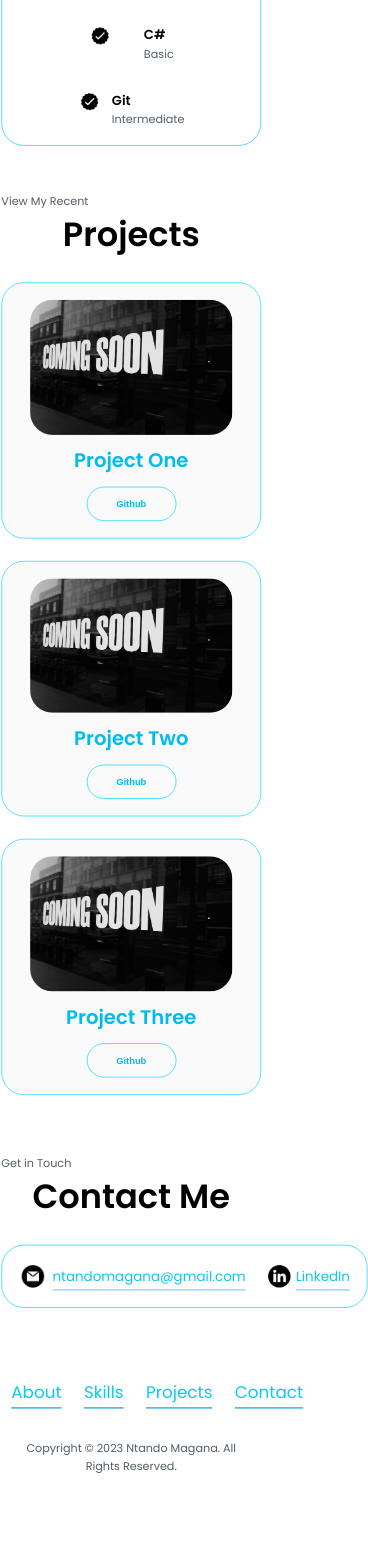
Repository: ntandomagana/FS-Dev-Portfolio
Page: index.html
These files come from the project's save history. The page is drawn as it stood at one moment and after a run of saves; the edit follows.
The browser window is 375 px wide. The page is 525 px wide, so the pictures cover 525 px, including what lies to the right of the window. The pictures show the part of the page from y = 2446 to 4686 px (the page is 4686 px tall), at 70% of full size.

Above is the page before, as saved 2024-05-06 11:22:50.

### index.html
<!DOCTYPE html>
<html lang="en">
  <head>
    <meta charset="UTF-8" />
    <meta http-equiv="X-UA-Compatible" content="IE=edge" />
    <meta name="viewport" content="width=device-width, initial-scale=1.0" />
    <title>My Portfolio</title>
    <link rel="stylesheet" href="style.css" />
    <link rel="stylesheet" href="mediaqueries.css" />
  </head>
  <body>
    <nav id="desktop-nav">
      <div class="logo">Berry Codes</div>
      <div>
        <ul class="nav-links">
          <li><a href="#about">About</a></li>
          <li><a href="#experience">Skills</a></li>
          <li><a href="#projects">Projects</a></li>
          <li><a href="#contact">Contact</a></li>
        </ul>
      </div>
    </nav>
    <nav id="hamburger-nav">
      <div class="logo">Coding Berry</div>
      <div class="hamburger-menu">
        <div class="hamburger-icon" onclick="toggleMenu()">
          <span></span>
          <span></span>
          <span></span>
        </div>
        <div class="menu-links">
          <li><a href="#about" onclick="toggleMenu()">About</a></li>
          <li><a href="#experience" onclick="toggleMenu()">Skills</a></li>
          <li><a href="#projects" onclick="toggleMenu()">Projects</a></li>
          <li><a href="#contact" onclick="toggleMenu()">Contact</a></li>
        </div>
      </div>
    </nav>
    <section id="profile">
      <div class="section-pic-container">
        <img src="./assets/bwpp.jpg" alt="profile picture" />
      </div>
      <div class="section-text">
        <p class="section-text-p1">Hello there, I am</p>

        <h1 class="title"><span id="typed-text"></span></h1>

        <p class="section-text-p2">Frontend Developer</p>
        <div class="btn-container">
          <button
            class="btn btn-color-2"
            onclick="window.open('./assets/NP Magana - Web Developer.pdf')"
          >
            Download CV
          </button>
          <button class="btn btn-color-1" onclick="location.href='./#contact'">
            Contact Info
          </button>
        </div>
        <div id="socials-container">
          <img
            src="./assets/linkedin.png"
            alt="My LinkedIn profile"
            class="icon"
            onclick="location.href='https://www.linkedin.com/in/ntandoyenkosi-magana-/'"
          />

          <img
            src="./assets/icons8-twitterx-50.png"
            alt="My Github profile"
            class="icon"
            onclick="location.href='https://twitter.com/Sir_M_Charles'"
          />
          <img
            src="./assets/github.png"
            alt="My Github profile"
            class="icon"
            onclick="location.href='https://github.com/ntandomagana'"
          />
        </div>
      </div>
    </section>
    <section id="about">
      <p class="section__text__p1">Get To Know More</p>
      <h1 class="title">About Me</h1>
      <div class="section-container">
        <div class="about-details-container">
          <div class="about-containers">
            <div class="details-container">
              <img
                src="./assets/experience.png"
                alt="Experience icon"
                class="icon"
              />
              <h3>Experience</h3>
              <p>6 months <br />Frontend Development</p>
            </div>
            <div class="details-container">
              <img
                src="./assets/education.png"
                alt="Education icon"
                class="icon"
              />
              <h3>Education</h3>
              <p>BA(Hons) Public Management <br />University of Johannesburg</p>
            </div>
          </div>
          <div class="text-container">
            <p>
              I am a self-taught developer passionate about crafting captivating
              user experiences. I've acquired skills in HTML5, CSS3, JavaScript,
              ReactJs Python, C#, Node.js and Typescript through online
              resources such as FreecodeCamp, Udemy, udacity. If you're looking
              for a developer who blends creativity with technical proficiency,
              let’s connect and explore how we can collaborate on your next
              project!
            </p>
          </div>
        </div>
      </div>
      <img
        src="./assets/arrow.png"
        alt="Arrow icon"
        class="icon arrow"
        onclick="location.href='./#experience'"
      />
    </section>
    <section id="experience">
      <p class="section__text__p1">Explore My</p>
      <h1 class="title">Experience</h1>
      <div class="experience-details-container">
        <div class="about-containers">
          <div class="details-container">
            <h2 class="experience-sub-title">Frontend Development</h2>
            <div class="article-container">
              <article>
                <img
                  src="./assets/checkmark.png"
                  alt="Experience icon"
                  class="icon"
                />
                <div>
                  <h3>JavaScript</h3>
                  <p>Experienced</p>
                </div>
              </article>
              <article>
                <img
                  src="./assets/checkmark.png"
                  alt="Experience icon"
                  class="icon"
                />
                <div>
                  <h3>CSS</h3>
                  <p>Experienced</p>
                </div>
              </article>
              <article>
                <img
                  src="./assets/checkmark.png"
                  alt="Experience icon"
                  class="icon"
                />
                <div>
                  <h3>TypeScript</h3>
                  <p>Intermediate</p>
                </div>
              </article>
              <article>
                <img
                  src="./assets/checkmark.png"
                  alt="Experience icon"
                  class="icon"
                />
                <div>
                  <h3>React</h3>
                  <p>Basic</p>
                </div>
              </article>
              <article></article>
            </div>
          </div>
          <div class="details-container">
            <h2 class="experience-sub-title">Backend Development</h2>
            <div class="article-container">
              <article>
                <img
                  src="./assets/checkmark.png"
                  alt="Experience icon"
                  class="icon"
                />
                <div>
                  <h3>Python</h3>
                  <p>Intermediate</p>
                </div>
              </article>
              <article>
                <img
                  src="./assets/checkmark.png"
                  alt="Experience icon"
                  class="icon"
                />
                <div>
                  <h3>Node JS</h3>
                  <p>Basic</p>
                </div>
              </article>
              <article>
                <img
                  src="./assets/checkmark.png"
                  alt="Experience icon"
                  class="icon"
                />
                <div>
                  <h3>C#</h3>
                  <p>Basic</p>
                </div>
              </article>
              <article>
                <img
                  src="./assets/checkmark.png"
                  alt="Experience icon"
                  class="icon"
                />
                <div>
                  <h3>Git</h3>
                  <p>Intermediate</p>
                </div>
              </article>
            </div>
          </div>
        </div>
      </div>
      <img
        src="./assets/arrow.png"
        alt="Arrow icon"
        class="icon arrow"
        onclick="location.href='./#projects'"
      />
    </section>
    <section id="projects">
      <p class="section__text__p1">View My Recent</p>
      <h1 class="title">Projects</h1>
      <div class="experience-details-container">
        <div class="about-containers">
          <div class="details-container color-container">
            <div class="article-container">
              <img
                src="./assets/coming soon.jpg"
                alt="Project 1"
                class="project-img"
              />
            </div>
            <h2 class="experience-sub-title project-title">Project One</h2>
            <div class="btn-container">
              <button
                class="btn btn-color-2 project-btn"
                onclick="location.href='https://github.com/'"
              >
                Github
              </button>
            </div>
          </div>
          <div class="details-container color-container">
            <div class="article-container">
              <img
                src="./assets/coming soon.jpg"
                alt="Project 2"
                class="project-img"
              />
            </div>
            <h2 class="experience-sub-title project-title">Project Two</h2>
            <div class="btn-container">
              <button
                class="btn btn-color-2 project-btn"
                onclick="location.href='https://github.com/'"
              >
                Github
              </button>
            </div>
          </div>
          <div class="details-container color-container">
            <div class="article-container">
              <img
                src="./assets/coming soon.jpg"
                alt="Project 3"
                class="project-img"
              />
            </div>
            <h2 class="experience-sub-title project-title">Project Three</h2>
            <div class="btn-container">
              <button
                class="btn btn-color-2 project-btn"
                onclick="location.href='https://github.com/'"
              >
                Github
              </button>
            </div>
          </div>
        </div>
      </div>
      <img
        src="./assets/arrow.png"
        alt="Arrow icon"
        class="icon arrow"
        onclick="location.href='./#contact'"
      />
    </section>
    <section id="contact">
      <p class="section__text__p1">Get in Touch</p>
      <h1 class="title">Contact Me</h1>
      <div class="contact-info-upper-container">
        <div class="contact-info-container">
          <img
            src="./assets/email.png"
            alt="Email icon"
            class="icon contact-icon email-icon"
          />
          <p>
            <a href="mailto:ntandomagana@gmail.com">ntandomagana@gmail.com</a>
          </p>
        </div>
        <div class="contact-info-container">
          <img
            src="./assets/linkedin.png"
            alt="LinkedIn icon"
            class="icon contact-icon"
          />
          <p><a href="https://www.linkedin.com">LinkedIn</a></p>
        </div>
      </div>
    </section>
    <footer>
      <nav>
        <div class="nav-links-container">
          <ul class="nav-links">
            <li><a href="#about">About</a></li>
            <li><a href="#experience">Skills</a></li>
            <li><a href="#projects">Projects</a></li>
            <li><a href="#contact">Contact</a></li>
          </ul>
        </div>
      </nav>
      <p>Copyright &#169; 2023 Ntando Magana. All Rights Reserved.</p>
    </footer>
    <script src="script.js"></script>
  </body>
</html>

### style.css
@import url("https://fonts.googleapis.com/css2?family=Poppins:wght@300;400;500;600&display=swap");

* {
  margin: 0;
  padding: 0;
}

body {
  font-family: "Poppins", sans-serif;
}

html {
  scroll-behavior: smooth;
}

p {
  color: #515d65;
}

section {
  margin-bottom: 2px;
}

a,
.btn {
  transition: all 300ms ease;
}

nav,
.nav-links {
  display: flex;
}

nav {
  justify-content: space-around;
  align-items: center;
  height: 17vh;
}

.nav-links {
  gap: 2rem;
  list-style-type: none;
  font-size: 1.5rem;
}

a {
  color: rgb(11, 202, 240);
  text-decoration: underline;
  text-underline-offset: 0.8rem;
  text-decoration-color: rgb(51, 169, 237);
}

.logo {
  font-size: 2rem;
}

.logo:hover {
  cursor: default;
}

#hamburger-nav {
  display: none;
}

.hamburger-menu {
  position: relative;
  display: inline-block;
}

.hamburger-icon {
  display: flex;
  flex-direction: column;
  justify-content: space-between;
  height: 24px;
  width: 30px;
  cursor: pointer;
}



.hamburger-icon span {
  width: 100%;
  height: 2px;
  background-color: rgb(9, 255, 255);
  transition: all 0.3 ease-in-out;
}

.menu-links {
  position: absolute;
  top: 100%;
  right: 0;
  background-color: white;
  width: fit-content;
  max-height: 0;
  overflow: hidden;
  transition: all 0.3 ease-in-out;
}

.menu-links a {
  display: block;
  padding: 10px;
  text-align: center;
  font-size: 1.5rem;
  color: rgb(15, 224, 231);
  text-decoration: none;
  transition: all 0.3 ease-in-out;
}

.menu-links li {
  list-style-type: none;
}

.menu-links.open {
  max-height: 300px;
}

.hamburger-icon.open span:first-child {
  transform: rotate(45deg) translate(10px, 5px);
}

.hamburger-icon.open span:nth-child(2) {
  opacity: 0;
}

.hamburger-icon.open span:last-child {
  transform: rotate(-45deg) translate(10px, -5px);
}

.hamburger-icon span:first-child {
  transform: none;
}

.hamburger-icon span:first-child {
  opacity: 1;
}

.hamburger-icon span:first-child {
  transform: none;
}

section {
  padding-top: 4vh;
  height: 96vh;
  margin: 0 10rem;
  box-sizing: border-box;
  min-height: fit-content;
}

.section-container {
  display: flex;
}

#profile {
  display: flex;
  justify-content: center;
  gap: 5rem;
  height: 80vh;
}

.section-pic-container {
  display: flex;
  height: 400px;
  width: 400px;
  margin: auto 0;
}

.section-text {
  align-self: center;
  text-align: center;
}

.section-text p {
  font-weight: 600;
}

.section-text-p1 {
  text-align: center;
}

.section-text-p2 {
  font-size: 1.75rem;
  margin-bottom: 1rem;
}

.title {
  font-size: 3rem;
  text-align: center;
}

#socials-container {
  display: flex;
  justify-content: center;
  margin-top: 1rem;
  gap: 1rem;
}

.icon {
  cursor: pointer;
  height: 2rem;
}

/* BUTTONS */

.btn-container {
  display: flex;
  justify-content: center;
  gap: 1rem;
}

.btn {
  font-weight: 600;
  transition: all 300ms ease;
  padding: 1rem;
  width: 8rem;
  border-radius: 2rem;
}

.btn-color-1,
.btn-color-2 {
  border: rgb(43, 182, 241) 0.1rem solid;
}

.btn-color-1:hover,
.btn-color-2:hover {
  cursor: pointer;
}

.btn-color-1,
.btn-color-2:hover {
  background: rgb(11, 214, 255);
  color: white;
}

.btn-color-1:hover {
  background: rgb(83, 215, 232);
}

.btn-color-2 {
  background: none;
}

.btn-color-2:hover {
  border: rgb(26, 210, 243) 0.2rem solid;
}

.btn-container {
  gap: 1rem;
}

/* ABOUT SECTION */

#about {
  position: relative;
}

.about-containers {
  gap: 2rem;
  margin-bottom: 2rem;
  margin-top: 2rem;
}

.about-details-container {
  justify-content: center;
  flex-direction: column;
}

.about-containers,
.about-details-container {
  display: flex;
}

.arrow {
  position: absolute;
  right: -5rem;
  bottom: 2.5rem;
}

.details-container {
  padding: 1.5rem;
  flex: 1;
  background: white;
  border-radius: 2rem;
  border: rgb(34, 174, 239) 0.1rem solid;
  border-color: rgb(28, 197, 249);
  text-align: center;
}

.section-container {
  gap: 4rem;
  height: 80%;
}

.section__pic-container {
  height: 400px;
  width: 400px;
  margin: auto 0;
}

/* EXPERIENCE SECTION */

#experience {
  position: relative;
}

.experience-sub-title {
  color: rgb(48, 210, 246);
  font-weight: 600;
  font-size: 1.75rem;
  margin-bottom: 2rem;
}

.experience-details-container {
  display: flex;
  justify-content: center;
  flex-direction: column;
}

.article-container {
  display: flex;
  text-align: initial;
  flex-wrap: wrap;
  flex-direction: row;
  gap: 2.5rem;
  justify-content: space-around;
}

article {
  display: flex;
  width: 10rem;
  justify-content: space-around;
  gap: 0.5rem;
}

article .icon {
  cursor: default;
}

/* PROJECTS SECTION */

#projects {
  position: relative;
}

.color-container {
  border-color: rgb(21, 220, 255);
  background: rgb(250, 250, 250);
}

.project-img {
  border-radius: 2rem;
  width: 90%;
  height: 90%;
}

.project-title {
  margin: 1rem;
  color: #00bbf0;
}

.project-btn {
  color: #00bbf0;
  border-color: rgb(18, 217, 252);
}

/* CONTACT */

#contact {
  display: flex;
  justify-content: center;
  flex-direction: column;
  height: 70vh;
}

.contact-info-upper-container {
  display: flex;
  justify-content: center;
  border-radius: 2rem;
  border: rgb(16, 220, 242) 0.1rem solid;
  border-color: rgb(19, 211, 250);
  background: (250, 250, 250);
  margin: 2rem auto;
  padding: 0.5rem;
}

.contact-info-container {
  display: flex;
  align-items: center;
  justify-content: center;
  gap: 0.5rem;
  margin: 1rem;
}

.contact-info-container p {
  font-size: larger;
}

.contact-icon {
  cursor: default;
}

.email-icon {
  height: 2.5rem;
}

footer {
  height: 26vh;
  margin: 0 1rem;
}

footer p {
  text-align: center;
}

/* Add this CSS to your existing style.css or create a new style tag in the head of your HTML */

/* Bold, underline, and bubble effect for the logo */
.logo {
  font-weight: bold;
  text-decoration: wavy;
  display: inline-block;
  position: relative;
  border: 8px solid #1ea5ff; /* Adjust the border thickness and color as needed */
  padding: 6px; /* Adjust the padding as needed */
}

.logo::after {
  content: "";
  position: absolute;
  width: 100%;
  height: 0;
  bottom: 0;
  left: 0;
  opacity: 0;
  border-bottom: 2px solid #fff;
  animation: bubble 0.5s infinite ease-in-out;
}

@keyframes bubble {
  0% {
    height: 0;
    opacity: 0;
  }
  50% {
    height: 100%;
    opacity: 1;
  }
  100% {
    height: 0;
    opacity: 0;
  }
}

### mediaqueries.css
@media screen and (max-width: 1400px) {
    #profile {
        height: 83vh;
        margin-bottom: 6rem;
    }

    .about-containers {
        flex-wrap: wrap;
    }

    #contact,
    #projects {
        height: fit-content;
    }
}

@media screen and (max-width: 1200px) {
    #desktop-nav {
        display: none;
    }

    #hamburger-nav {
        display: flex;
    }

    #experience,
    .experience-details-container {
        margin-top: 2rem;

    }

    #profile,
    .section-container {
        display: block;
    }

    .arrow {
        display: none;
    }

    section,
    .section-container {
        height: fit-content;
    }

    section {
        margin: 0.5%;
    }

    .section-pic-container {
        width: 27spx;
        height: 275px;
        margin: 0 auto 2rem;
    }

    .about-containers {
        margin-top: 0;
    }
}

@media screen and (max-width:600px) {
    #contact,
    footer {
        height: 40vh;
    }

    #profile {
        height: 38vh;
        margin-bottom: 0;
    }

    article {
        font-size: 1rem;
    }

    footer nav {

    }
}

### script.js
function toggleMenu() {
  const menu = document.querySelector(".menu-links");
  const icon = document.querySelector(".hamburger-icon");
  menu.classList.toggle("open");
  icon.classList.toggle("open");
}

//Javascript for looped typing effect
const typedText = document.getElementById("typed-text");
const textToType = 'Ntando Magana';

function typeText() {
  let index = 0;

  function type() {
    if (index < textToType.length) {
      typedText.innerHTML += textToType.charAt(index);
      index++;
      setTimeout(type, 200); // typing speed in milliseconds
    } else {
      setTimeout(erase, 300); // wait before erasing
    }
  }

  function erase() {
    if (typedText.innerHTML.length > 0) {
      typedText.innerHTML = typedText.innerHTML.slice(0, -1);
      setTimeout(erase, 300); //erasing speed in ms
    } else {
      index = 0; //Reset index for next typing cycle
      setTimeout(type, 200); // wait before typing again
    }
  }

  type(); // start typing
}

window.onload = typeText;

After the next 2 saves:
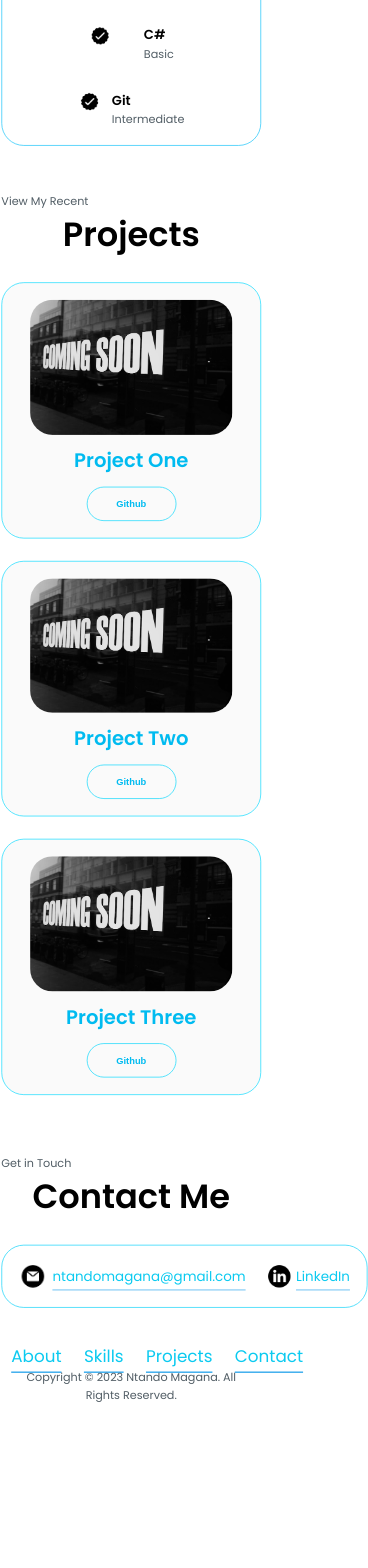
The 2 saves are shown as one change because they came seconds apart.
The last was saved 5 s later.
--- a/mediaqueries.css
+++ b/mediaqueries.css
@@ -74,6 +74,6 @@
     }
 
     footer nav {
-
+        height: fit-content;
     }
 }
